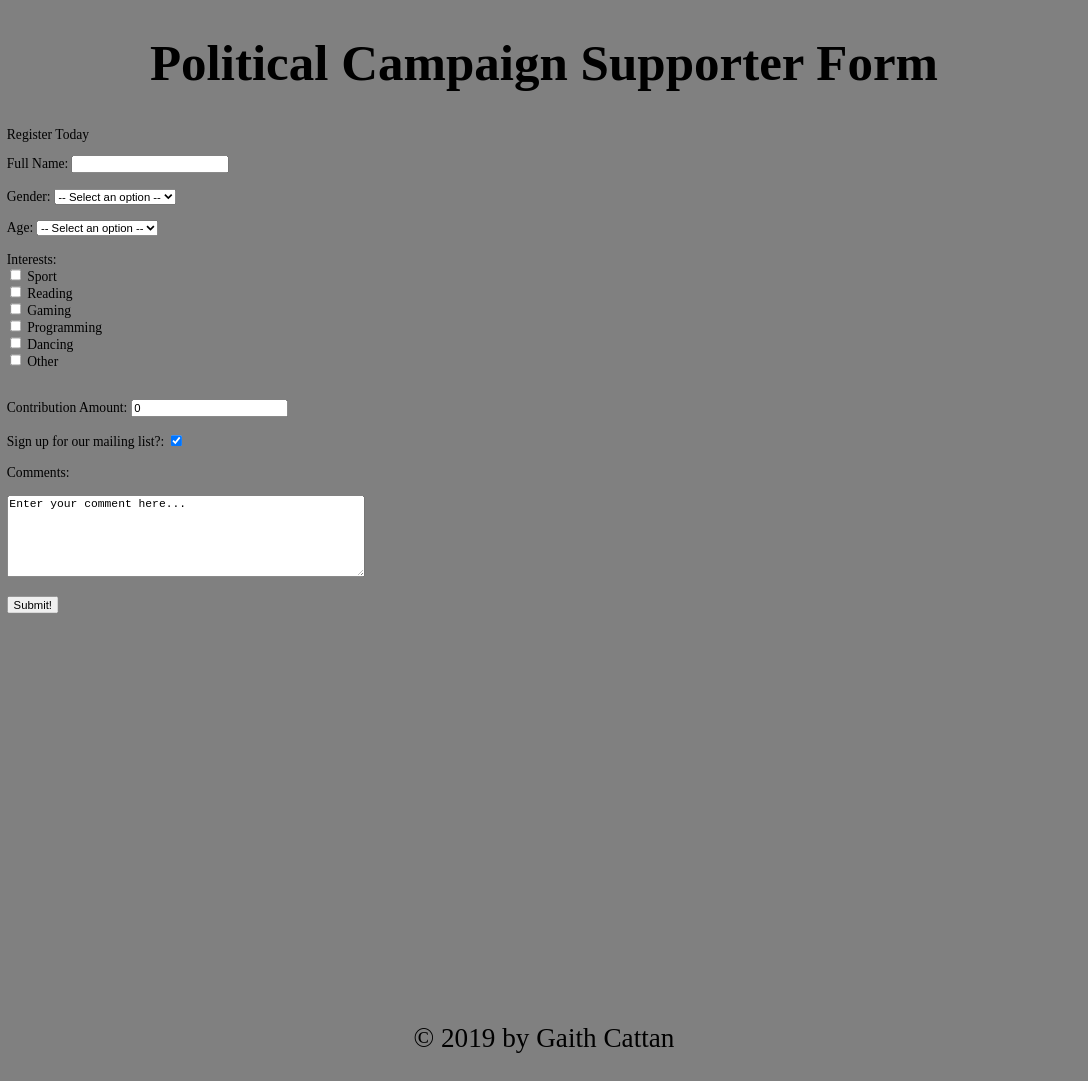
Repository: GaithCattan/COSW30
Page: labwork/lab2/contact.html
The author's editor kept a record of every edit. The page is drawn from the files as they stood at one moment, then again after the next edit.
The browser window is 1280 px wide. The pictures show the whole page, at 85% of full size.

Above is the page before.

After the next edit:
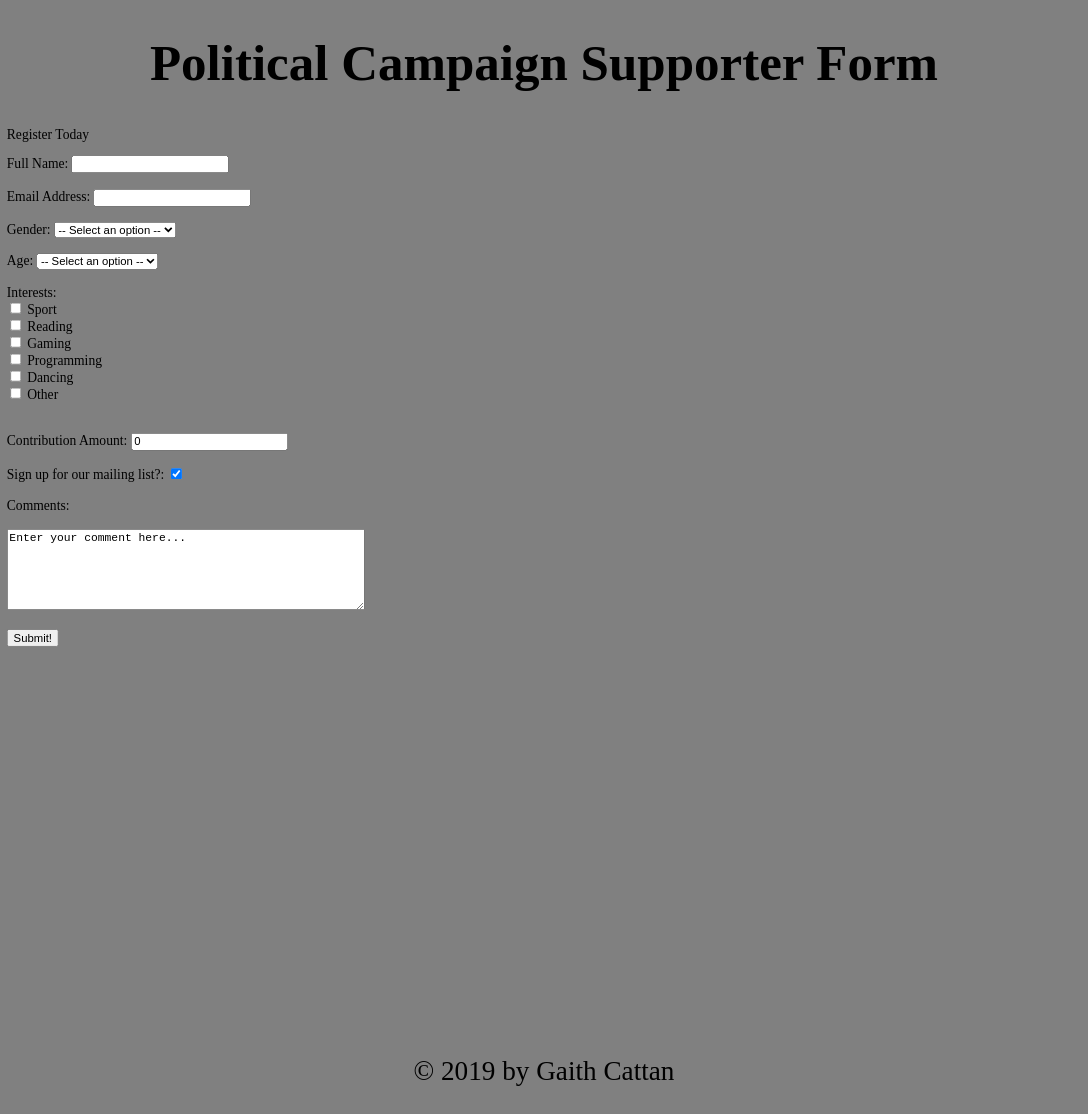
The edit:
--- a/labwork/lab2/contact.html
+++ b/labwork/lab2/contact.html
@@ -20,6 +20,10 @@
 
              <lable for="name">Full Name: </lable>
              <input type="text" id="name" name="name" required>
+             <br><br>
+
+             <lable for="email">Email Address: </lable>
+             <input type="email" id="email" name="email" required>
              <br><br>
 
              <lable for="gender">Gender:
